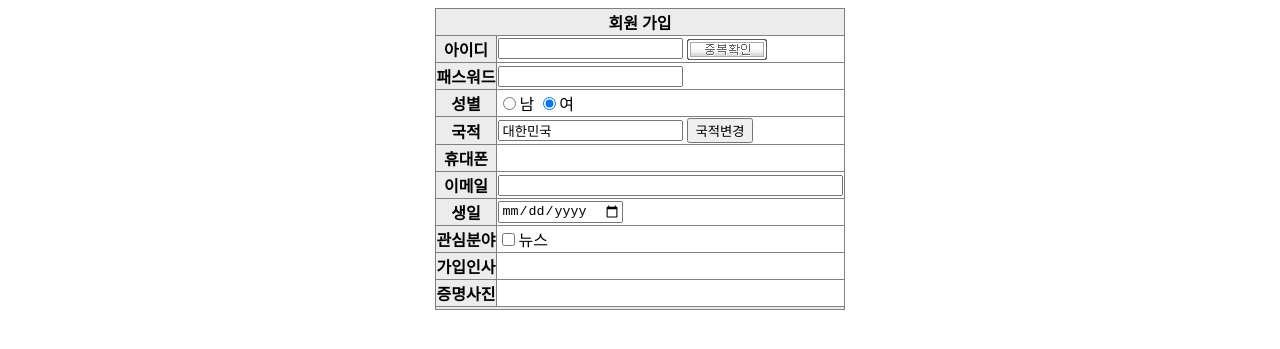
Repository: gyungmean/2020_2_webProgramming
Page: week2/week2/WebContent/Practice02/Practice02.html
The author's editor kept a copy of each file at every save. The page is drawn from the files as they stood at one save, then again after the next save.
The browser window is 1280 px wide. The pictures show the whole page.

Above is the page before, as saved 2020-09-14 07:41:42.

After the next save:
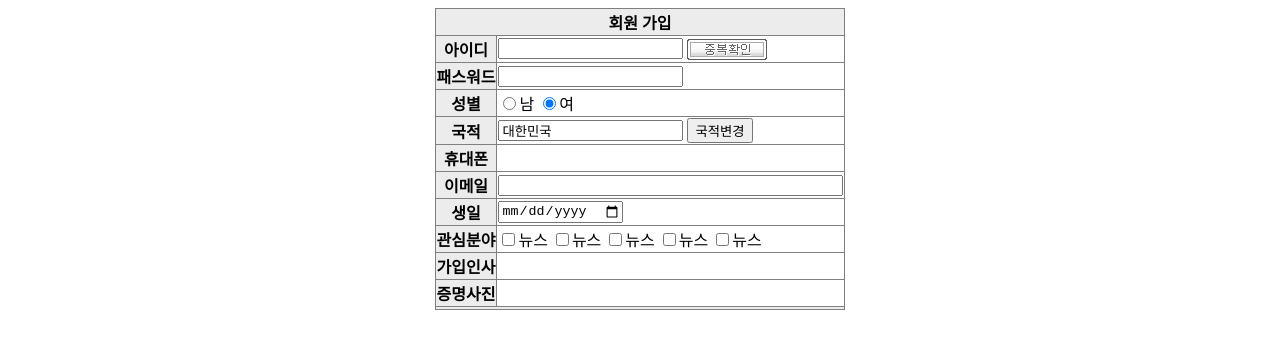
Saved 35 s later.
--- a/week2/week2/WebContent/Practice02/Practice02.html
+++ b/week2/week2/WebContent/Practice02/Practice02.html
@@ -55,7 +55,10 @@
 			<tr>
 				<td class= title>관심분야</td>
 				<td><input type="checkbox" name="interest">뉴스
-
+				<input type="checkbox" name="interest">뉴스
+				<input type="checkbox" name="interest">뉴스
+				<input type="checkbox" name="interest">뉴스
+				<input type="checkbox" name="interest">뉴스
 				</td>
 			</tr>
 			<tr>
